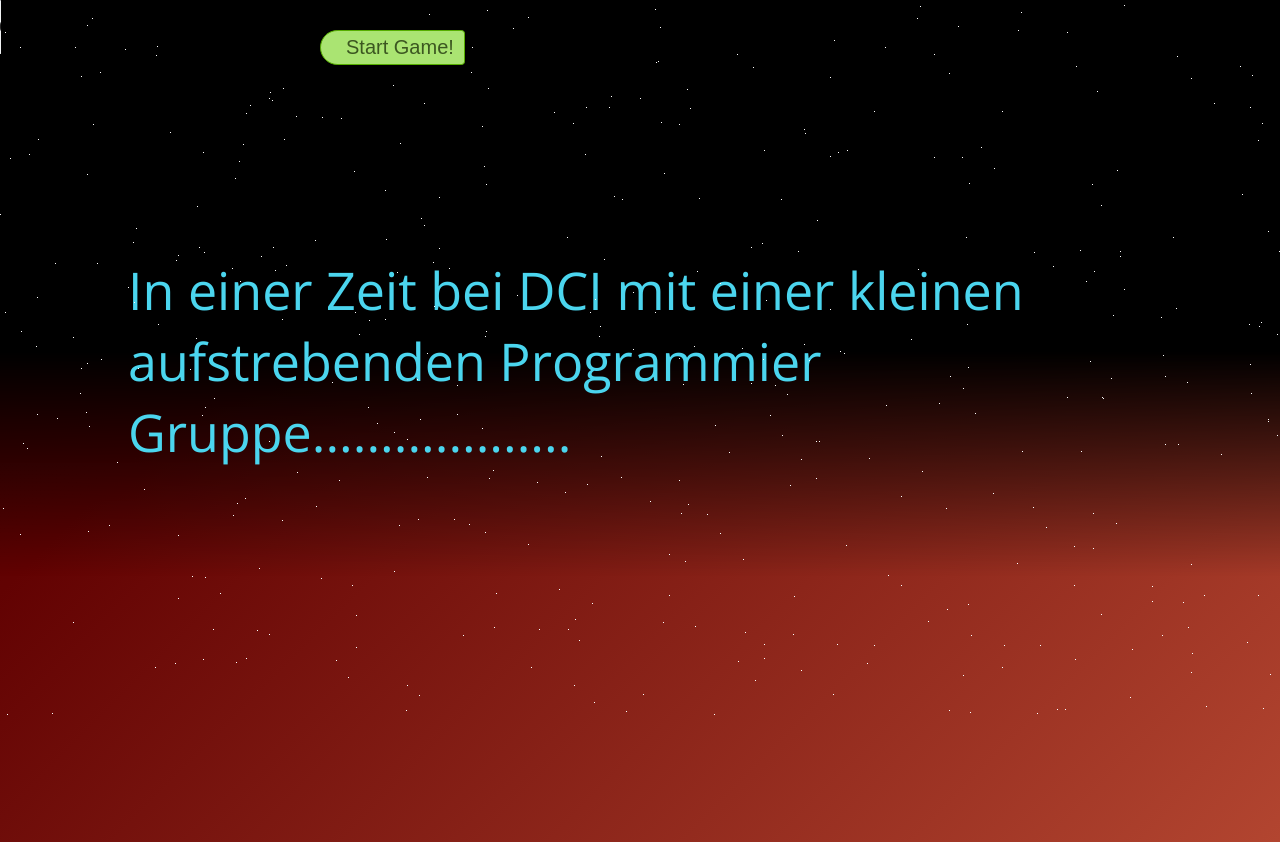
Repository: Der-Metatron/Projekt-Omega-Sprotte
Page: /
The author's editor kept a copy of each file at every save. The page is drawn from the files as they stood at one save, then again after the next save.
The browser window is 1280 px wide. The pictures show the whole page.
The project was rebuilt for these pictures with package versions that can differ from the ones it lists, and the page was loaded fresh each time. Also part of the build but not shown: src/services/game-control.js, src/components/GameCanvas.css, src/components/GameCanvas.jsx, src/components/Footer.jsx.

Above is the page before, as saved 2022-06-23 18:44:22.

After the next save:
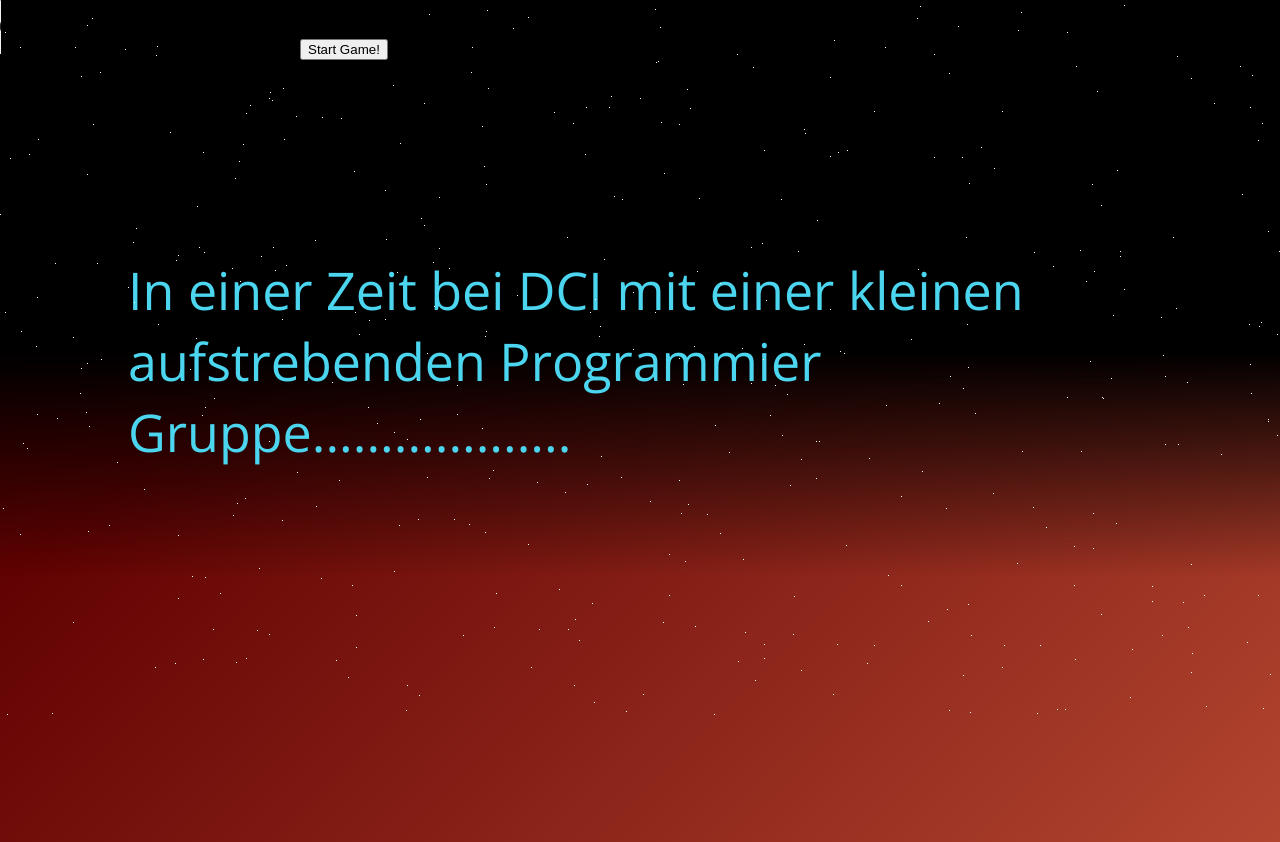
Saved 81 s later.
--- a/src/components/Welcome.css
+++ b/src/components/Welcome.css
@@ -150,7 +150,7 @@
   z-index: 10;
 }
 /*  */
-button {
+ {
   display: inline-block;
   margin: 20px;
   text-decoration: none;

After the save that followed:
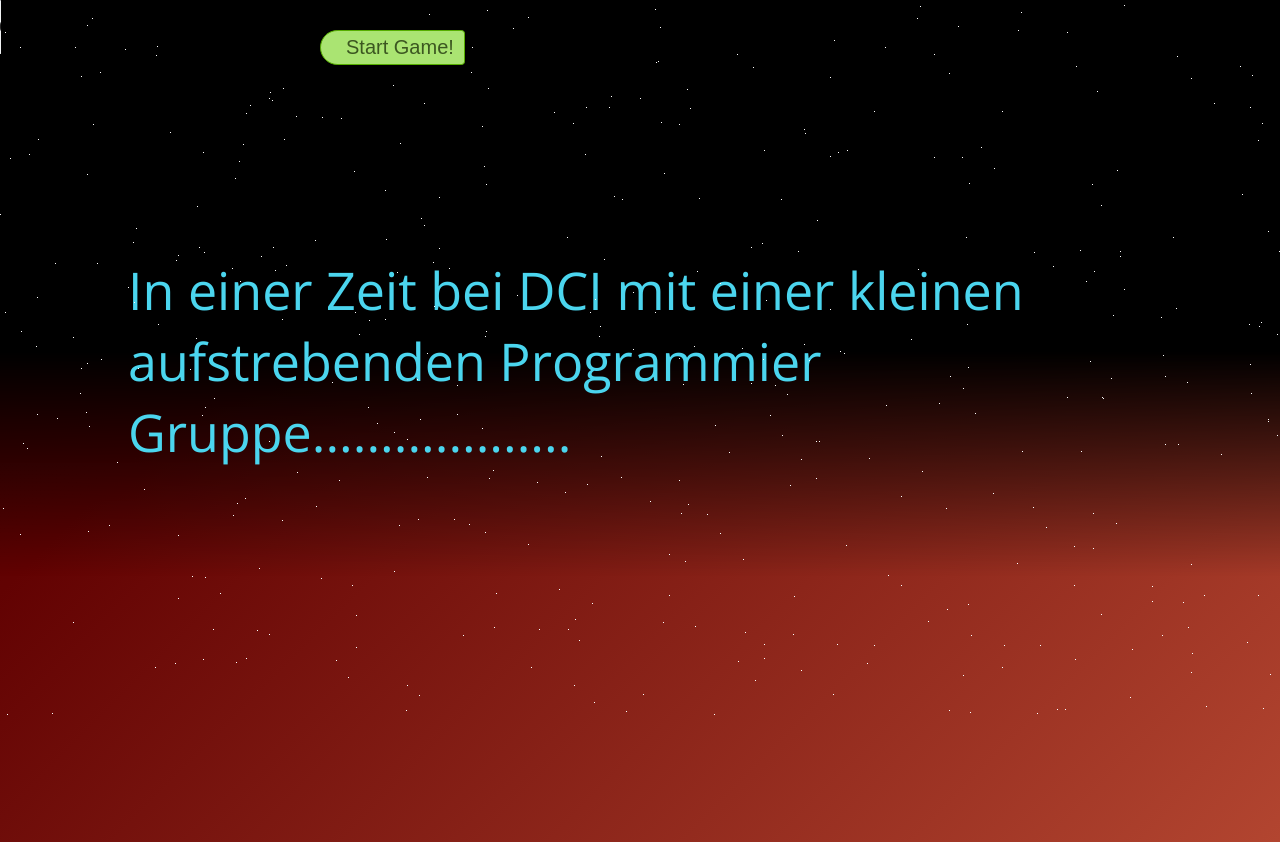
Saved 14 s later.
--- a/src/components/Welcome.css
+++ b/src/components/Welcome.css
@@ -150,7 +150,7 @@
   z-index: 10;
 }
 /*  */
- {
+button {
   display: inline-block;
   margin: 20px;
   text-decoration: none;
